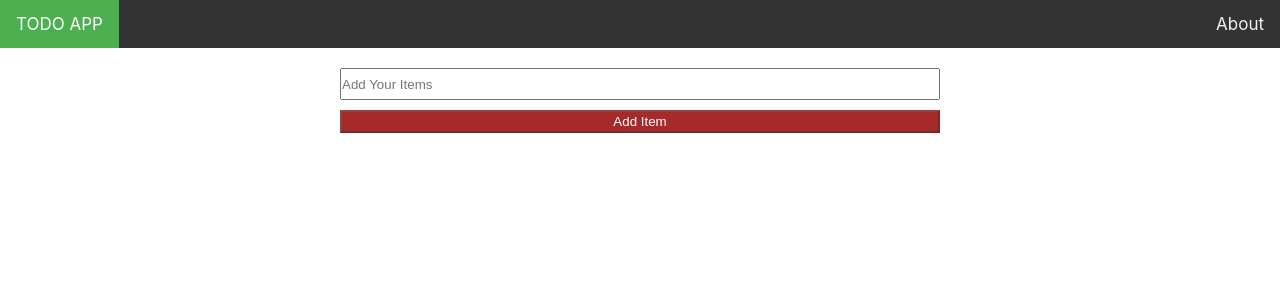
Repository: hoangphuong965/myTodoList
Page: /
These files come from the project's save history. The page is drawn as it stood at one moment and after the next save; the edit follows.
The browser window is 1280 px wide. The pictures show the whole page.
The project was rebuilt for these pictures with package versions that can differ from the ones it lists, and the page was loaded fresh each time. Also part of the build but not shown: src/components/TodoItems.js.

Above is the page before, as saved 2020-06-01 21:44:18.

After the next save:
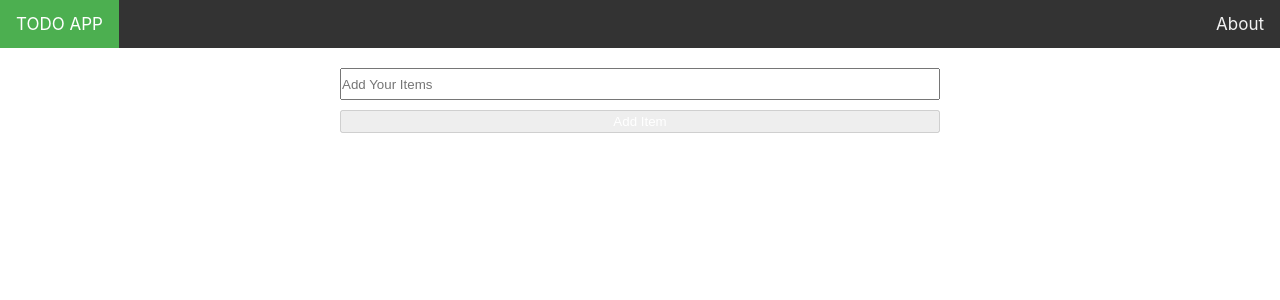
Saved 51 s later.
--- a/src/components/todo.css
+++ b/src/components/todo.css
@@ -39,7 +39,7 @@
     display: block;
     width: 600px;
     margin: 10px 0 0 0;
-    background-color: brown;
+    background-color: rgb(36, 197, 63)2, 165, 63);
     color: #ffffff;
     padding: 2px;
     cursor: pointer;
